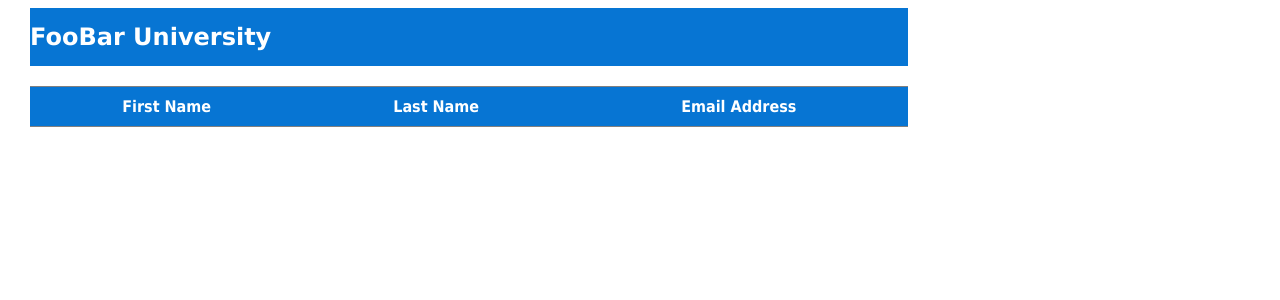
Repository: artiyom/Eclipse-Projects
Page: http://localhost/web-student-tracker/StudentControllerServlet
These files come from the project's save history. The page is drawn as it stood at one moment and after the next save; the edit follows.
The browser window is 1280 px wide. The pictures show the whole page.
The page is served by Tomcat 9. Other server files are loaded and not shown. Queries for data that is not in the repository find no rows.

Above is the page before, as saved 2018-07-05 07:57:27.

### web-student-tracker/WebContent/list-students.jsp
<%@ page import="java.util.*, com.luv2code.web.jdbc.*" %>
<html>
<head>
<title>Student Tracker App</title>
<link type="text/css" rel="stylesheet" href="css/style.css">
</head>

<%

	List<Student> theStudents = (List<Student>) request.getAttribute("STUDENT_LIST");
%>

<body>
	<div id="wrapper">
		<div id="header">
			<h2>FooBar University</h2>

		</div>


	</div>

	<div id="container">
		<div id="content">
			<table>
				<tr>
					<th>First Name</th>
					<th>Last Name</th>
					<th>Email Address</th>
				</tr>

				<% for (Student theStudent : theStudents) { %>
				<tr>
					<td> <%=theStudent.getFirstName() %> </td>
					<td> <%=theStudent.getLastName() %> </td>
					<td> <%=theStudent.getEmail() %> </td>
				</tr>

				<% } %>


			</table>
		</div>


	</div>

</body>
</html>

### web-student-tracker/src/com/luv2code/web/jdbc/StudentControllerServlet.java
package com.luv2code.web.jdbc;

import java.io.IOException;
import java.util.List;

import javax.annotation.Resource;
import javax.servlet.RequestDispatcher;
import javax.servlet.ServletException;
import javax.servlet.annotation.WebServlet;
import javax.servlet.http.HttpServlet;
import javax.servlet.http.HttpServletRequest;
import javax.servlet.http.HttpServletResponse;
import javax.sql.DataSource;

/**
 * Servlet implementation class StudentControllerServlet
 */
@WebServlet("/StudentControllerServlet")
public class StudentControllerServlet extends HttpServlet {
	private static final long serialVersionUID = 1L;

	private StudentDbUtil studentDbUtil;

	@Resource(name="jdbc/web_student_tracker")
	private DataSource dataSource;



	@Override
	public void init() throws ServletException {
		// TODO Auto-generated method stub
		super.init();

		try {
			studentDbUtil = new StudentDbUtil(dataSource);
		}
		catch (Exception exc) {
			throw new ServletException(exc);
		}
	}



	/**
	 * @see HttpServlet#doGet(HttpServletRequest request, HttpServletResponse response)
	 */
	protected void doGet(HttpServletRequest request, HttpServletResponse response) throws ServletException, IOException {
		try {
			listStudent(request, response);
		} catch (Exception e) {
			// TODO Auto-generated catch block
			e.printStackTrace();
		}
	}



	private void listStudent(HttpServletRequest request, HttpServletResponse response) throws Exception {
		List<Student> students = studentDbUtil.getStudents();
		request.setAttribute("STUDENT_LIST", students);
		RequestDispatcher dispatcher = request.getRequestDispatcher("/list-students.jsp");
		dispatcher.forward(request, response);

	}

}

### web-student-tracker/WebContent/css/style.css
html, body{
	margin-left:15px; margin-right:15px;
	padding:0px;
	font-family:Verdana, Arial, Helvetica, sans-serif;
}

table {
	border-collapse:collapse;
	border-bottom:1px solid gray;
	font-family: Tahoma,Verdana,Segoe,sans-serif;
	width:72%;
}

th {
	border-bottom:1px solid gray;
	background:none repeat scroll 0 0 #0775d3;
	padding:10px;
	color: #FFFFFF;
}

tr {
	border-top:1px solid gray;
	text-align:center;
}

tr:nth-child(even) {background: #FFFFFF}
tr:nth-child(odd) {background: #BBBBBB}

#wrapper {width: 100%; margin-top: 0px; }
#header {width: 72%; background: #0775d3; margin-top: 0px; padding:15px 0px 15px 0px;}
#header h2 {width: 100%; margin:auto; color: #FFFFFF;}
#container {width: 100%; margin:auto}
#container h3 {color: #000;}
#container #content {margin-top: 20px;}

.add-student-button {
	border: 1px solid #666;
	border-radius: 5px;
	padding: 4px;
	font-size: 12px;
	font-weight: bold;
	width: 120px;
	padding: 5px 10px;

	margin-bottom: 15px;
	background: #cccccc;
}

After the next save:
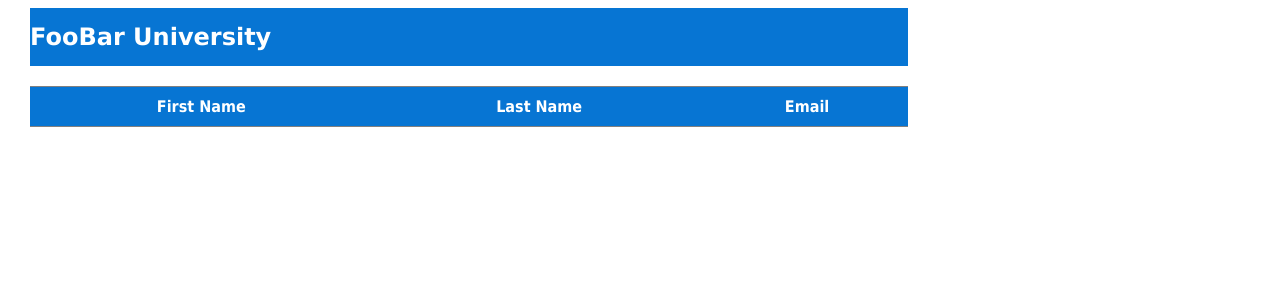
Saved 22 min 10 s later.
--- a/web-student-tracker/WebContent/list-students.jsp
+++ b/web-student-tracker/WebContent/list-students.jsp
@@ -1,49 +1,50 @@
-<%@ page import="java.util.*, com.luv2code.web.jdbc.*" %>
+<%@ taglib uri="http://java.sun.com/jsp/jstl/core" prefix="c" %>
+
+<!DOCTYPE html>
 <html>
+
 <head>
-<title>Student Tracker App</title>
-<link type="text/css" rel="stylesheet" href="css/style.css">
+	<title>Student Tracker App</title>
+
+	<link type="text/css" rel="stylesheet" href="css/style.css">
 </head>
 
-<%
+<body>
 
-	List<Student> theStudents = (List<Student>) request.getAttribute("STUDENT_LIST");
-%>
-
-<body>
 	<div id="wrapper">
 		<div id="header">
 			<h2>FooBar University</h2>
+		</div>
+	</div>
+
+	<div id="container">
+
+		<div id="content">
+
+			<table>
+
+				<tr>
+					<th>First Name</th>
+					<th>Last Name</th>
+					<th>Email</th>
+				</tr>
+
+				<c:forEach var="tempStudent" items="${STUDENT_LIST}">
+
+					<tr>
+						<td> ${tempStudent.firstName} </td>
+						<td> ${tempStudent.lastName} </td>
+						<td> ${tempStudent.email} </td>
+					</tr>
+
+				</c:forEach>
+
+			</table>
 
 		</div>
 
-
 	</div>
-
-	<div id="container">
-		<div id="content">
-			<table>
-				<tr>
-					<th>First Name</th>
-					<th>Last Name</th>
-					<th>Email Address</th>
-				</tr>
-
-				<% for (Student theStudent : theStudents) { %>
-				<tr>
-					<td> <%=theStudent.getFirstName() %> </td>
-					<td> <%=theStudent.getLastName() %> </td>
-					<td> <%=theStudent.getEmail() %> </td>
-				</tr>
-
-				<% } %>
+</body>
 
 
-			</table>
-		</div>
-
-
-	</div>
-
-</body>
 </html>
